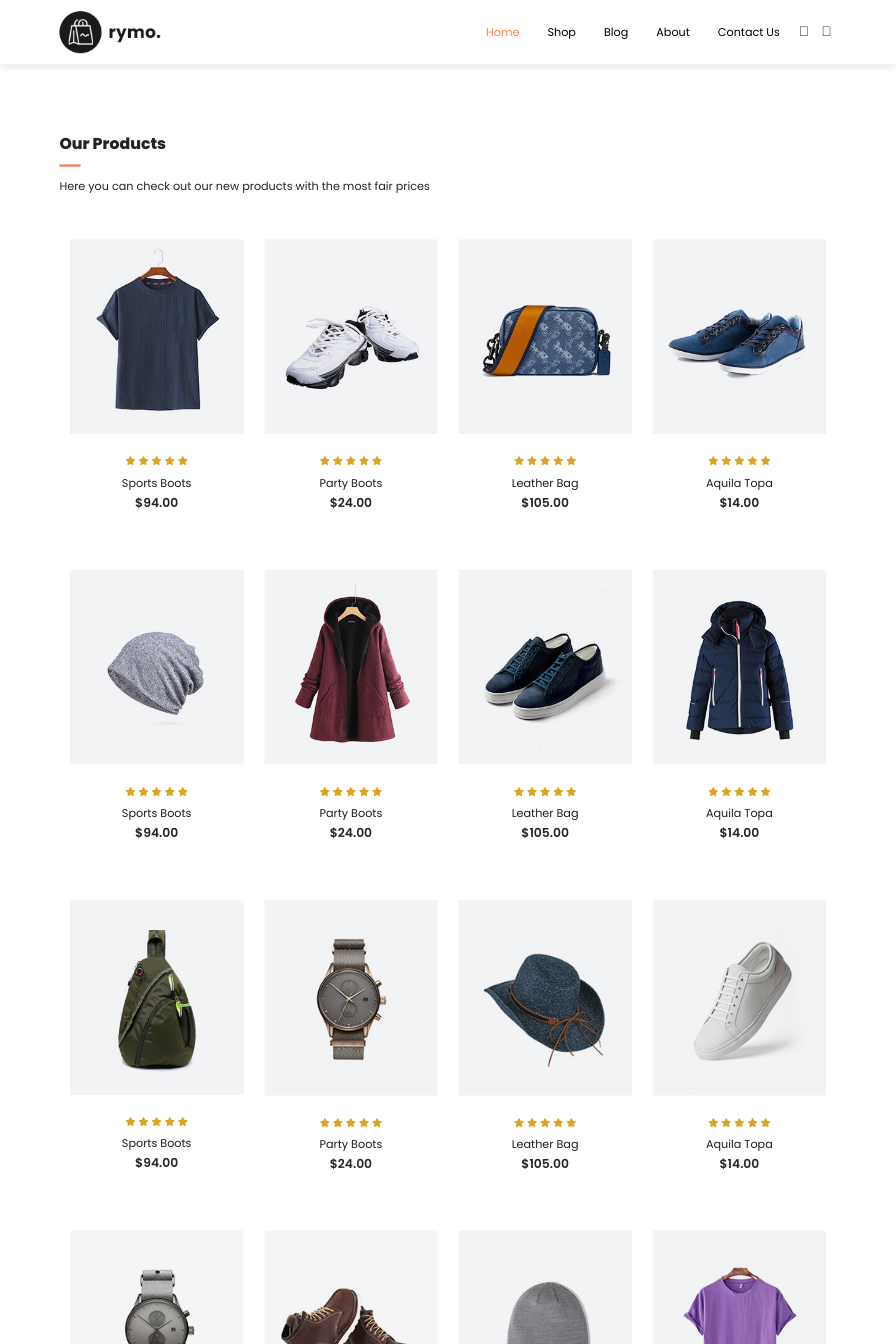
Repository: peter417waweru/e-commerce-UI
Page: shop.html
An editor plug-in stored every save of this project. The page is shown before and after the next save, followed by the edit.
The browser window is 1280 px wide. The pictures show the part of the page from y = 0 to 1920 px (the page is 3437 px tall before and 3444 px after), at 70% of full size.
Some web libraries are served in a nearby version.

Above is the page before, as saved 2025-02-08 14:35:42.

### shop.html
<!DOCTYPE html>
<html lang="en">
    <head>
        <meta charset="UTF-8">
        <meta http-equiv="X-UA-Compatible" content="IE=edge">
        <meta name="viewport" content="width=device-width, initial-scale=1.0">
        <title>Shop</title>

        <link rel="stylesheet" href="https://cdn.jsdelivr.net/npm/bootstrap@4.1.3/dist/css/bootstrap.min.css"
        integrity="sha384-MCw98/SFnGE8fJT3GXwEOngsV7Zt27NXFoaoApmYm81iuXoPkFOJwJ8ERdknLPMO" crossorigin="anonymous">

        <link rel="stylesheet" href="https://pro.fontawesome.com/releases/v5.10.0/css/all.css" />

        <link rel="stylesheet" href="./style.css">
        <link rel="stylesheet" href="./shop.css">
    </head>

    <body>

        <nav class="navbar navbar-expand-lg navbar-light bg-white py-3 fixed-top">
            <div class="container">
              <img src="img/logo1.png" alt="">
              <button class="navbar-toggler" type="button" data-bs-toggle="collapse" data-bs-target="#navbarSupportedContent" aria-controls="navbarSupportedContent" aria-expanded="false" aria-label="Toggle navigation">
                <span><i id="bar" class="fas fa-bars"></i></span>
              </button>
              <div class="collapse navbar-collapse" id="navbarSupportedContent">
                <ul class="navbar-nav ml-auto">
                  <li class="nav-item">
                    <a class="nav-link active" aria-current="page" href="index.html">Home</a>
                  </li>
                  <li class="nav-item">
                    <a class="nav-link" aria-current="page" href="shop.html">Shop</a>
                  </li>
                  <li class="nav-item">
                    <a class="nav-link" aria-current="page" href="#">Blog</a>
                  </li>
                  <li class="nav-item">
                    <a class="nav-link" aria-current="page" href="#">About</a>
                  </li>
                  <li class="nav-item">
                    <a class="nav-link" aria-current="page" href="#">Contact Us</a>
                  </li>
                  <li class="nav-item">
                    <i class="fal fa-search"></i>
                    <i class="fal fa-shopping-bag"></i>
                  </li>


                </ul>

              </div>
            </div>
        </nav>

        <section id="featured" class="my-5 py-5">
            <div class="container mt-5 py-5">
              <h3>Our Products</h3>
              <hr>
              <p>Here you can check out our new products with the most fair prices</p>
            </div>
            <div class="row mx-auto container">
              <div class="product text-center col-lg-3 col-md-4 col-12">
                <img class="img-fluid mb-3" src="img/shop/1.jpg" alt="">
                <div class="star">
                  <i class="fas fa-star"></i>
                  <i class="fas fa-star"></i>
                  <i class="fas fa-star"></i>
                  <i class="fas fa-star"></i>
                  <i class="fas fa-star"></i>
                </div>
                <h5 class="p-name">Sports Boots</h5>
                <h4 class="p-price">$94.00</h4>
                <button class="buy-btn">Buy Now</button>
              </div>
              <div class="product text-center col-lg-3 col-md-4 col-12">
                <img class="img-fluid mb-3" src="img/shop/2.jpg" alt="">
                <div class="star">
                  <i class="fas fa-star"></i>
                  <i class="fas fa-star"></i>
                  <i class="fas fa-star"></i>
                  <i class="fas fa-star"></i>
                  <i class="fas fa-star"></i>
                </div>
                <h5 class="p-name">Party Boots</h5>
                <h4 class="p-price">$24.00</h4>
                <button class="buy-btn">Buy Now</button>
              </div>
              <div class="product text-center col-lg-3 col-md-4 col-12">
                <img class="img-fluid mb-3" src="img/shop/3.jpg" alt="">
                <div class="star">
                  <i class="fas fa-star"></i>
                  <i class="fas fa-star"></i>
                  <i class="fas fa-star"></i>
                  <i class="fas fa-star"></i>
                  <i class="fas fa-star"></i>
                </div>
                <h5 class="p-name">Leather Bag</h5>
                <h4 class="p-price">$105.00</h4>
                <button class="buy-btn">Buy Now</button>
              </div>
              <div class="product text-center col-lg-3 col-md-4 col-12">
                <img class="img-fluid mb-3" src="img/shop/4.jpg" alt="">
                <div class="star">
                  <i class="fas fa-star"></i>
                  <i class="fas fa-star"></i>
                  <i class="fas fa-star"></i>
                  <i class="fas fa-star"></i>
                  <i class="fas fa-star"></i>
                </div>
                <h5 class="p-name">Aquila Topa</h5>
                <h4 class="p-price">$14.00</h4>
                <button class="buy-btn">Buy Now</button>
              </div>
            </div>
            <div class="row mx-auto container">
                <div class="product text-center col-lg-3 col-md-4 col-12">
                  <img class="img-fluid mb-3" src="img/shop/5.jpg" alt="">
                  <div class="star">
                    <i class="fas fa-star"></i>
                    <i class="fas fa-star"></i>
                    <i class="fas fa-star"></i>
                    <i class="fas fa-star"></i>
                    <i class="fas fa-star"></i>
                  </div>
                  <h5 class="p-name">Sports Boots</h5>
                  <h4 class="p-price">$94.00</h4>
                  <button class="buy-btn">Buy Now</button>
                </div>
                <div class="product text-center col-lg-3 col-md-4 col-12">
                  <img class="img-fluid mb-3" src="img/shop/6.jpg" alt="">
                  <div class="star">
                    <i class="fas fa-star"></i>
                    <i class="fas fa-star"></i>
                    <i class="fas fa-star"></i>
                    <i class="fas fa-star"></i>
                    <i class="fas fa-star"></i>
                  </div>
                  <h5 class="p-name">Party Boots</h5>
                  <h4 class="p-price">$24.00</h4>
                  <button class="buy-btn">Buy Now</button>
                </div>
                <div class="product text-center col-lg-3 col-md-4 col-12">
                  <img class="img-fluid mb-3" src="img/shop/7.jpg" alt="">
                  <div class="star">
                    <i class="fas fa-star"></i>
                    <i class="fas fa-star"></i>
                    <i class="fas fa-star"></i>
                    <i class="fas fa-star"></i>
                    <i class="fas fa-star"></i>
                  </div>
                  <h5 class="p-name">Leather Bag</h5>
                  <h4 class="p-price">$105.00</h4>
                  <button class="buy-btn">Buy Now</button>
                </div>
                <div class="product text-center col-lg-3 col-md-4 col-12">
                  <img class="img-fluid mb-3" src="img/shop/8.jpg" alt="">
                  <div class="star">
                    <i class="fas fa-star"></i>
                    <i class="fas fa-star"></i>
                    <i class="fas fa-star"></i>
                    <i class="fas fa-star"></i>
                    <i class="fas fa-star"></i>
                  </div>
                  <h5 class="p-name">Aquila Topa</h5>
                  <h4 class="p-price">$14.00</h4>
                  <button class="buy-btn">Buy Now</button>
                </div>
              </div>
              <div class="row mx-auto container">
                <div class="product text-center col-lg-3 col-md-4 col-12">
                  <img class="img-fluid mb-3" src="img/shop/9.jpg" alt="">
                  <div class="star">
                    <i class="fas fa-star"></i>
                    <i class="fas fa-star"></i>
                    <i class="fas fa-star"></i>
                    <i class="fas fa-star"></i>
                    <i class="fas fa-star"></i>
                  </div>
                  <h5 class="p-name">Sports Boots</h5>
                  <h4 class="p-price">$94.00</h4>
                  <button class="buy-btn">Buy Now</button>
                </div>
                <div class="product text-center col-lg-3 col-md-4 col-12">
                  <img class="img-fluid mb-3" src="img/shop/10.jpg" alt="">
                  <div class="star">
                    <i class="fas fa-star"></i>
                    <i class="fas fa-star"></i>
                    <i class="fas fa-star"></i>
                    <i class="fas fa-star"></i>
                    <i class="fas fa-star"></i>
                  </div>
                  <h5 class="p-name">Party Boots</h5>
                  <h4 class="p-price">$24.00</h4>
                  <button class="buy-btn">Buy Now</button>
                </div>
                <div class="product text-center col-lg-3 col-md-4 col-12">
                  <img class="img-fluid mb-3" src="img/shop/11.jpg" alt="">
                  <div class="star">
                    <i class="fas fa-star"></i>
                    <i class="fas fa-star"></i>
                    <i class="fas fa-star"></i>
                    <i class="fas fa-star"></i>
                    <i class="fas fa-star"></i>
                  </div>
                  <h5 class="p-name">Leather Bag</h5>
                  <h4 class="p-price">$105.00</h4>
                  <button class="buy-btn">Buy Now</button>
                </div>
                <div class="product text-center col-lg-3 col-md-4 col-12">
                  <img class="img-fluid mb-3" src="img/shop/12.jpg" alt="">
                  <div class="star">
                    <i class="fas fa-star"></i>
                    <i class="fas fa-star"></i>
                    <i class="fas fa-star"></i>
                    <i class="fas fa-star"></i>
                    <i class="fas fa-star"></i>
                  </div>
                  <h5 class="p-name">Aquila Topa</h5>
                  <h4 class="p-price">$14.00</h4>
                  <button class="buy-btn">Buy Now</button>
                </div>
              </div>
              <div class="row mx-auto container">
                <div class="product text-center col-lg-3 col-md-4 col-12">
                  <img class="img-fluid mb-3" src="img/shop/13.jpg" alt="">
                  <div class="star">
                    <i class="fas fa-star"></i>
                    <i class="fas fa-star"></i>
                    <i class="fas fa-star"></i>
                    <i class="fas fa-star"></i>
                    <i class="fas fa-star"></i>
                  </div>
                  <h5 class="p-name">Sports Boots</h5>
                  <h4 class="p-price">$94.00</h4>
                  <button class="buy-btn">Buy Now</button>
                </div>
                <div class="product text-center col-lg-3 col-md-4 col-12">
                  <img class="img-fluid mb-3" src="img/shop/14.jpg" alt="">
                  <div class="star">
                    <i class="fas fa-star"></i>
                    <i class="fas fa-star"></i>
                    <i class="fas fa-star"></i>
                    <i class="fas fa-star"></i>
                    <i class="fas fa-star"></i>
                  </div>
                  <h5 class="p-name">Party Boots</h5>
                  <h4 class="p-price">$24.00</h4>
                  <button class="buy-btn">Buy Now</button>
                </div>
                <div class="product text-center col-lg-3 col-md-4 col-12">
                  <img class="img-fluid mb-3" src="img/shop/15.jpg" alt="">
                  <div class="star">
                    <i class="fas fa-star"></i>
                    <i class="fas fa-star"></i>
                    <i class="fas fa-star"></i>
                    <i class="fas fa-star"></i>
                    <i class="fas fa-star"></i>
                  </div>
                  <h5 class="p-name">Leather Bag</h5>
                  <h4 class="p-price">$105.00</h4>
                  <button class="buy-btn">Buy Now</button>
                </div>
                <div class="product text-center col-lg-3 col-md-4 col-12">
                  <img class="img-fluid mb-3" src="img/shop/16.jpg" alt="">
                  <div class="star">
                    <i class="fas fa-star"></i>
                    <i class="fas fa-star"></i>
                    <i class="fas fa-star"></i>
                    <i class="fas fa-star"></i>
                    <i class="fas fa-star"></i>
                  </div>
                  <h5 class="p-name">Aquila Topa</h5>
                  <h4 class="p-price">$14.00</h4>
                  <button class="buy-btn">Buy Now</button>
                </div>
              </div>
              <div class="row mx-auto container">
                <div class="product text-center col-lg-3 col-md-4 col-12">
                  <img class="img-fluid mb-3" src="img/shop/17.jpg" alt="">
                  <div class="star">
                    <i class="fas fa-star"></i>
                    <i class="fas fa-star"></i>
                    <i class="fas fa-star"></i>
                    <i class="fas fa-star"></i>
                    <i class="fas fa-star"></i>
                  </div>
                  <h5 class="p-name">Sports Boots</h5>
                  <h4 class="p-price">$94.00</h4>
                  <button class="buy-btn">Buy Now</button>
                </div>
                <div class="product text-center col-lg-3 col-md-4 col-12">
                  <img class="img-fluid mb-3" src="img/shop/18.jpg" alt="">
                  <div class="star">
                    <i class="fas fa-star"></i>
                    <i class="fas fa-star"></i>
                    <i class="fas fa-star"></i>
                    <i class="fas fa-star"></i>
                    <i class="fas fa-star"></i>
                  </div>
                  <h5 class="p-name">Party Boots</h5>
                  <h4 class="p-price">$24.00</h4>
                  <button class="buy-btn">Buy Now</button>
                </div>
                <div class="product text-center col-lg-3 col-md-4 col-12">
                  <img class="img-fluid mb-3" src="img/shop/19.jpg" alt="">
                  <div class="star">
                    <i class="fas fa-star"></i>
                    <i class="fas fa-star"></i>
                    <i class="fas fa-star"></i>
                    <i class="fas fa-star"></i>
                    <i class="fas fa-star"></i>
                  </div>
                  <h5 class="p-name">Leather Bag</h5>
                  <h4 class="p-price">$105.00</h4>
                  <button class="buy-btn">Buy Now</button>
                </div>
                <div class="product text-center col-lg-3 col-md-4 col-12">
                  <img class="img-fluid mb-3" src="img/shop/20.jpg" alt="">
                  <div class="star">
                    <i class="fas fa-star"></i>
                    <i class="fas fa-star"></i>
                    <i class="fas fa-star"></i>
                    <i class="fas fa-star"></i>
                    <i class="fas fa-star"></i>
                  </div>
                  <h5 class="p-name">Aquila Topa</h5>
                  <h4 class="p-price">$14.00</h4>
                  <button class="buy-btn">Buy Now</button>
                </div>
                <nav aria-label="...">
                    <ul class="pagination mt-5">
                      <li class="page-item disabled">
                        <a class="page-link" href="#" tabindex="-1">Previous</a>
                      </li>
                      <li class="page-item active">
                        <a class="page-link" href="#">1</a></li>
                      <li class="page-item">
                        <a class="page-link" href="#">2 <span class="sr-only">(current)</span></a>
                      </li>
                      <li class="page-item"><a class="page-link" href="#">3</a></li>
                      <li class="page-item">
                        <a class="page-link" href="#">Next</a>
                      </li>
                    </ul>
                  </nav>
            </div>
        </section>


        <footer class="mt-5 py-5">
            <div class="row container mx-auto pt-5">
              <div class="footer-one col-lg-3 col-md-6 col-12">
                <img src="img/logo2.png" alt="">
                <p class="pt-3">This is the best e-commerce website in the world.
                   We have the best products for you at the most fair prices ever!!.</p>
              </div>
              <div class="footer-one col-lg-3 col-md-6 col-12">
                <h4 class="pb-2">Featured</h4>
                <ul class="text-uppercase list-unstyled">
                  <li><a href="#">men</a></li>
                  <li><a href="#">women</a></li>
                  <li><a href="#">girls</a></li>
                  <li><a href="#">new arrivals</a></li>
                  <li><a href="#">shoes</a></li>
                  <li><a href="#">clothes</a></li>
                </ul>
              </div>
              <div class="footer-one col-lg-3 col-md-6 col-12 mb-3">
                <h4 class="pb-2">Contact Us</h4>
                <div>
                  <h6 class="text-uppercase">Address</h6>
                <p>891 LUTHULI STREET NAIROBI KENYA.</p>
                </div>
                <div>
                  <h6 class="text-uppercase">Phone</h6>
                <p>+254 722 123 456</p>
                </div>
                <div>
                  <h6 class="text-uppercase">Email</h6>
                <p>fastorderdelivery@gmail.com</p>
                </div>
              </div>
              <div class="footer-one col-lg-3 col-md-6 col-12 mb-3">
                <h4 class="pb-2">Instagram</h4>
                <div class="row">
                  <img class="img-fluid w-25 h-100 m-2" src="img/insta/1.jpg" alt="">
                  <img class="img-fluid w-25 h-100 m-2" src="img/insta/2.jpg" alt="">
                  <img class="img-fluid w-25 h-100 m-2" src="img/insta/3.jpg" alt="">
                  <img class="img-fluid w-25 h-100 m-2" src="img/insta/4.jpg" alt="">
                  <img class="img-fluid w-25 h-100 m-2" src="img/insta/5.jpg" alt="">
                </div>
              </div>
            </div>
            <div class="copyright mt-5">
              <div class="row container mx-auto">
                <div class="col-lg-3 col-md-6 col-12 mb-4">
                  <img class="img-fluid" src="img/payment.png" alt="">
                </div>
                <div class="col-lg-4 col-md-6 col-12 text-nowrap mb-2">
                  <p>© 2025 e-commerce website. All rights reserved.</p>
                </div>
                <div class="col-lg-4 col-md-6 col-12">
                  <a href="#"><i class="fab fa-facebook"></i></a>
                  <a href="#"><i class="fab fa-twitter"></i></a>
                  <a href="#"><i class="fab fa-linkedin"></i></a>
                </div>
              </div>
            </div>
        </footer>


        <script src="https://cdn.jsdelivr.net/npm/@popperjs/core@2.9.1/dist/umd/popper.min.js"
            integrity="sha384-SR1sx49pcuLnqZUnnPwx6FCym0wLsk5JZuNx2bPPENzswTNFaQU1RDvt3wT4gWFG"
            crossorigin="anonymous"></script>
        <script src="https://cdn.jsdelivr.net/npm/bootstrap@5.0.0-beta3/dist/js/bootstrap.min.js"
            integrity="sha384-j0CNLUeiqtyaRmlzUHCPZ+Gy5fQu0dQ6eZ/xAww941Ai1SxSY+0EQqNXNE6DZiVc"
            crossorigin="anonymous"></script>
    </body>

</html>

### shop.css
.product img{
    width: 100%;
    height: auto;
    box-sizing: auto;
    object-fit: cover;
}

#featured > div.row.mx-auto.container > nav > ul > li.page-item.active > a{
    background-color: black;
}

#featured > div.row.mx-auto.container > nav > ul > li:nth-child(n):hover>a{
    background-color: coral;
    color: #fff;
}

.pagination a{
    color: black;
}

Loaded but not shown: style.css (349 lines, source omitted)

After the next save:
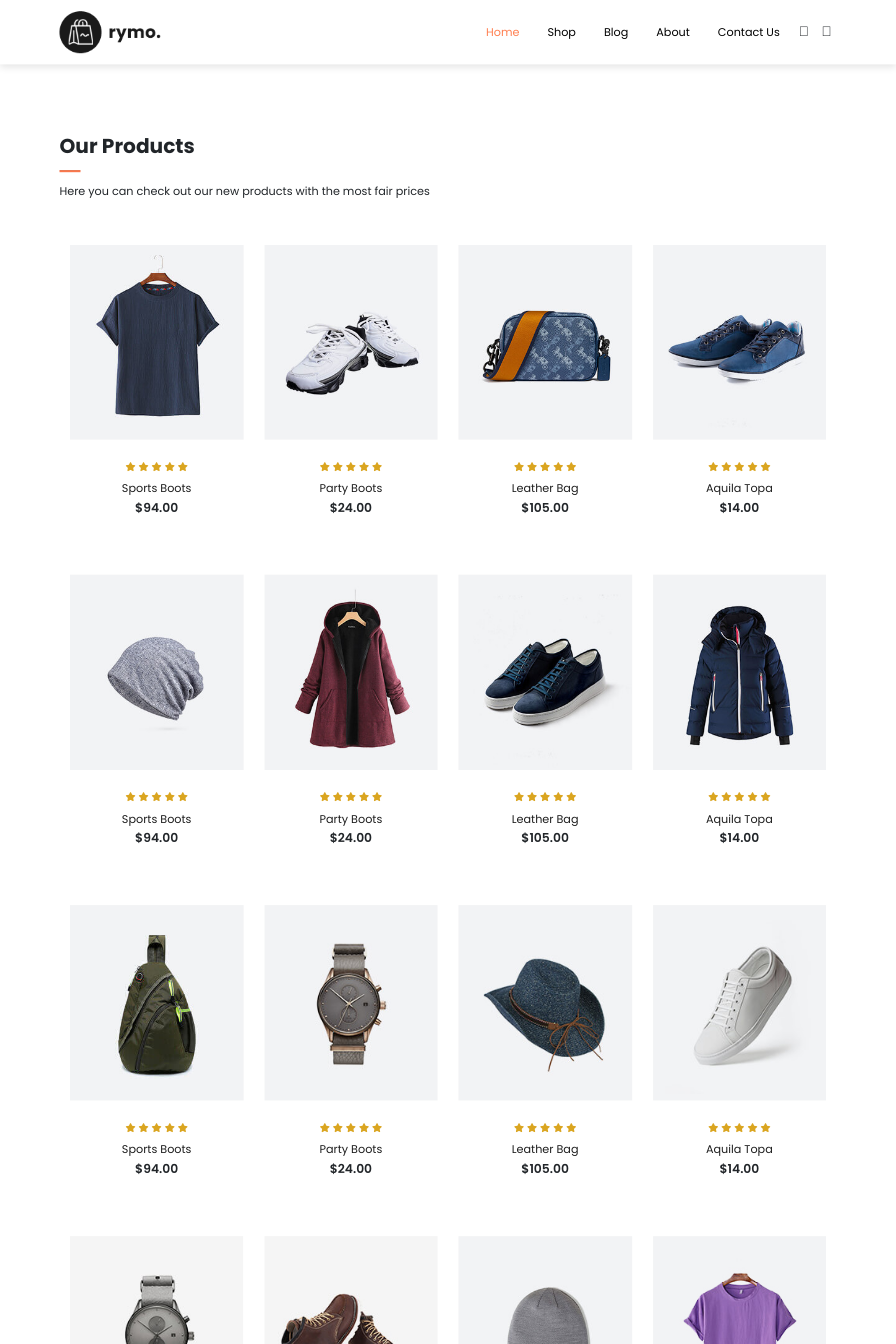
Saved 84 s later.
--- a/shop.html
+++ b/shop.html
@@ -54,7 +54,7 @@
 
         <section id="featured" class="my-5 py-5">
             <div class="container mt-5 py-5">
-              <h3>Our Products</h3>
+              <h2 class="font-weight-bold">Our Products</h2>
               <hr>
               <p>Here you can check out our new products with the most fair prices</p>
             </div>
@@ -337,7 +337,8 @@
                       <li class="page-item">
                         <a class="page-link" href="#">2 <span class="sr-only">(current)</span></a>
                       </li>
-                      <li class="page-item"><a class="page-link" href="#">3</a></li>
+                      <li class="page-item">
+                        <a class="page-link" href="#">3</a></li>
                       <li class="page-item">
                         <a class="page-link" href="#">Next</a>
                       </li>
